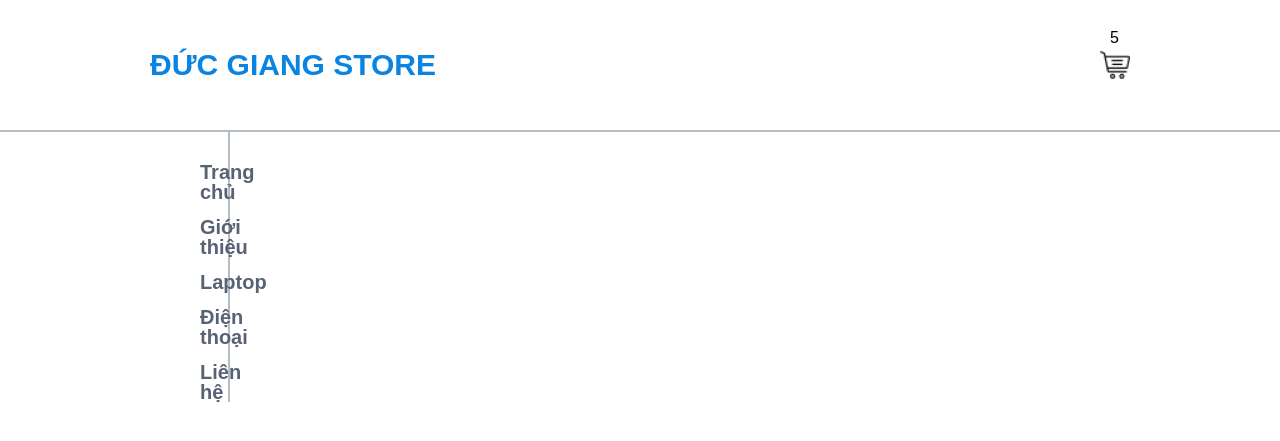
Repository: Giangattt123/PHP
Page: http://localhost/?page=home
These files come from the project's save history. The page is drawn as it stood at one moment and after the next save; the edit follows.
The browser window is 1280 px wide. The pictures show the whole page.
Some web libraries are served in a nearby version. The page is run by PHP 8.4 with error messages shown; the project is at /var/www/html/.

Above is the page before, as saved 2023-03-17 22:48:12.

### PHP_Shopping-Cart/Shopping_Cart/index.php
<?php
    require 'inc/header.php';
?>

### PHP_Shopping-Cart/Shopping_Cart/inc/header.php
<!DOCTYPE html>
<html lang="en">

<head>
    <meta charset="UTF-8">
    <meta http-equiv="X-UA-Compatible" content="IE=edge">
    <meta name="viewport" content="width=device-width, initial-scale=1.0">
    <title>ĐỨC GIANG STORE</title>
    <link rel="stylesheet" href="public/css/reset.css">
    <link rel="stylesheet" href="public/css/style.css">
    <link rel="stylesheet" href="https://cdnjs.cloudflare.com/ajax/libs/font-awesome/6.3.0/css/all.min.css"
        integrity="sha512-SzlrxWUlpfuzQ+pcUCosxcglQRNAq/DZjVsC0lE40xsADsfeQoEypE+enwcOiGjk/bSuGGKHEyjSoQ1zVisanQ=="
        crossorigin="anonymous" referrerpolicy="no-referrer" />
    <script src="public/js/main.js"></script>
</head>

<body>
    <div class="wrapper">
        <div class="wrapper-content">
            <div class="header">
                <div class="header-content">
                    <div class="item-left">
                        <a href="?page=home" class="logo">ĐỨC GIANG STORE</a>
                    </div>
                    <div class="item-right">
                        <div class="cart">
                            <a href="" class="cart-icon">
                                <img src="public/images/icon-cart.png" alt="Icon_Cart" class="icon-image">
                            </a>
                            <span class="cart-number">5</span>
                        </div>
                    </div>
                </div>
            </div>
            <!-- end header -->
            <div class="content">
                <div class="content-container">
                    <div class="menu-select">
                        <ul class="menu">
                            <li class="menu-item">
                                <a href="" class="active">Trang chủ</a>
                            </li>
                            <li class="menu-item">
                                <a href="" class="">Giới thiệu</a>
                            </li>
                            <li class="menu-item">
                                <a href="" class="">Laptop</a>
                            </li>
                            <li class="menu-item">
                                <a href="" class="">Điện thoại</a>
                            </li>
                            <li class="menu-item">
                                <a href="" class="">Liên hệ</a>
                            </li>
                        </ul>
                    </div>

                    <div class="menu-content">

                    </div>
                </div>
            </div>
            <!-- end content -->
            <div class="footer">

            </div>
            <!-- end footer -->
        </div>
    </div>


</body>

</html>

### PHP_Shopping-Cart/Shopping_Cart/public/css/style.css
* {
  box-sizing: border-box;
}
html {
  font-size: 62.5%;
}
body {
  font-family: "Poppins", sans-serif;
  font-size: 1.6rem;
  font-weight: normal;
}
img {
  display: block;
  max-width: 100%;
}
.header-content {
  display: flex;
  justify-content: space-between;
  margin-left: 150px;
  margin-right: 150px;
  padding: 50px 0px;
  /* border-bottom: 1px solid #f00; */
}
.item-left .logo {
  font-size: 3rem;
  color: #0984e3;
  font-weight: bold;
}
.cart {
  position: relative;
  display: flex;
  align-items: center;
}
.cart .cart-icon .icon-image {
  width: 30px;
  height: 30px;
}
.cart .cart-number {
  position: absolute;
  top: -20px;
  left: 10px;
}
.header {
  border-bottom: 2px solid #b2bec3;
}
.content-container {
  display: flex;
}
.menu-select {
  width: 18%;

  font-size: 2rem;
  /* margin-top: 30px; */
  border-right: 2px solid #b2bec3;
}
.menu-select ul.menu li:not(:first-child) {
  margin-top: 15px;
  color: #0984e3;
}
.menu {
  margin-top: 30px;
  margin-left: 200px;
}
a {
  color: #596275;
  font-weight: bold;
}

Loaded but not shown: PHP_Shopping-Cart/Shopping_Cart/public/css/reset.css (common file); PHP_Shopping-Cart/Shopping_Cart/public/js/main.js (no stored copy; drawn as an empty file)

After the next save:
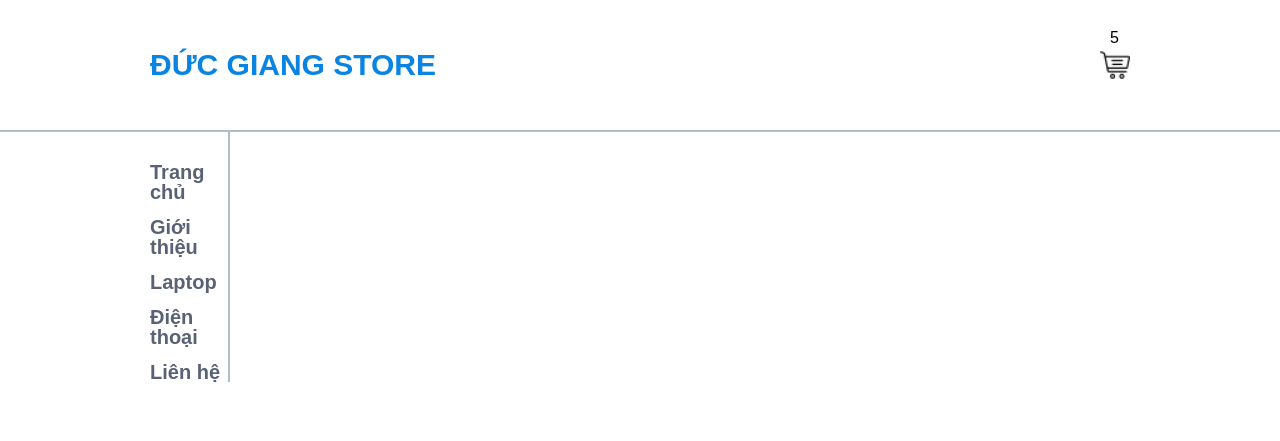
Saved 3 min 14 s later.
--- a/PHP_Shopping-Cart/Shopping_Cart/public/css/style.css
+++ b/PHP_Shopping-Cart/Shopping_Cart/public/css/style.css
@@ -59,7 +59,7 @@ img {
 }
 .menu {
   margin-top: 30px;
-  margin-left: 200px;
+  margin-left: 150px;
 }
 a {
   color: #596275;
